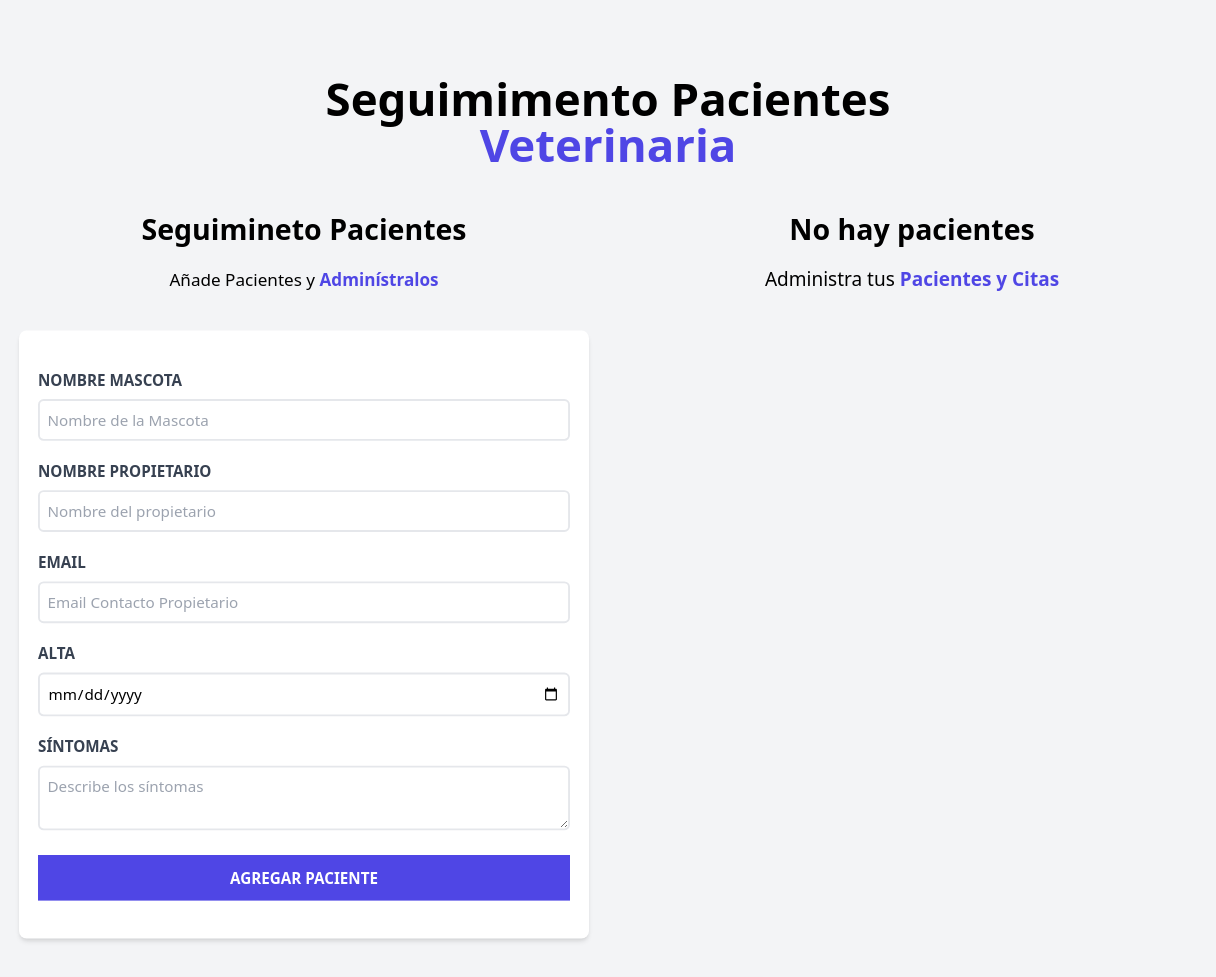
Repository: rlaureano/citas_react
Page: /
The author's editor kept a copy of each file at every save. The page is drawn from the files as they stood at one save, then again after the next save.
The browser window is 1280 px wide. The pictures show the whole page, at 95% of full size.
The project was rebuilt for these pictures with package versions that can differ from the ones it lists, and the page was loaded fresh each time. Also part of the build but not shown: vite.config.js, src/components/Error.jsx, src/components/Paciente.jsx.

Above is the page before, as saved 2022-01-14 21:45:16.

After the next save:
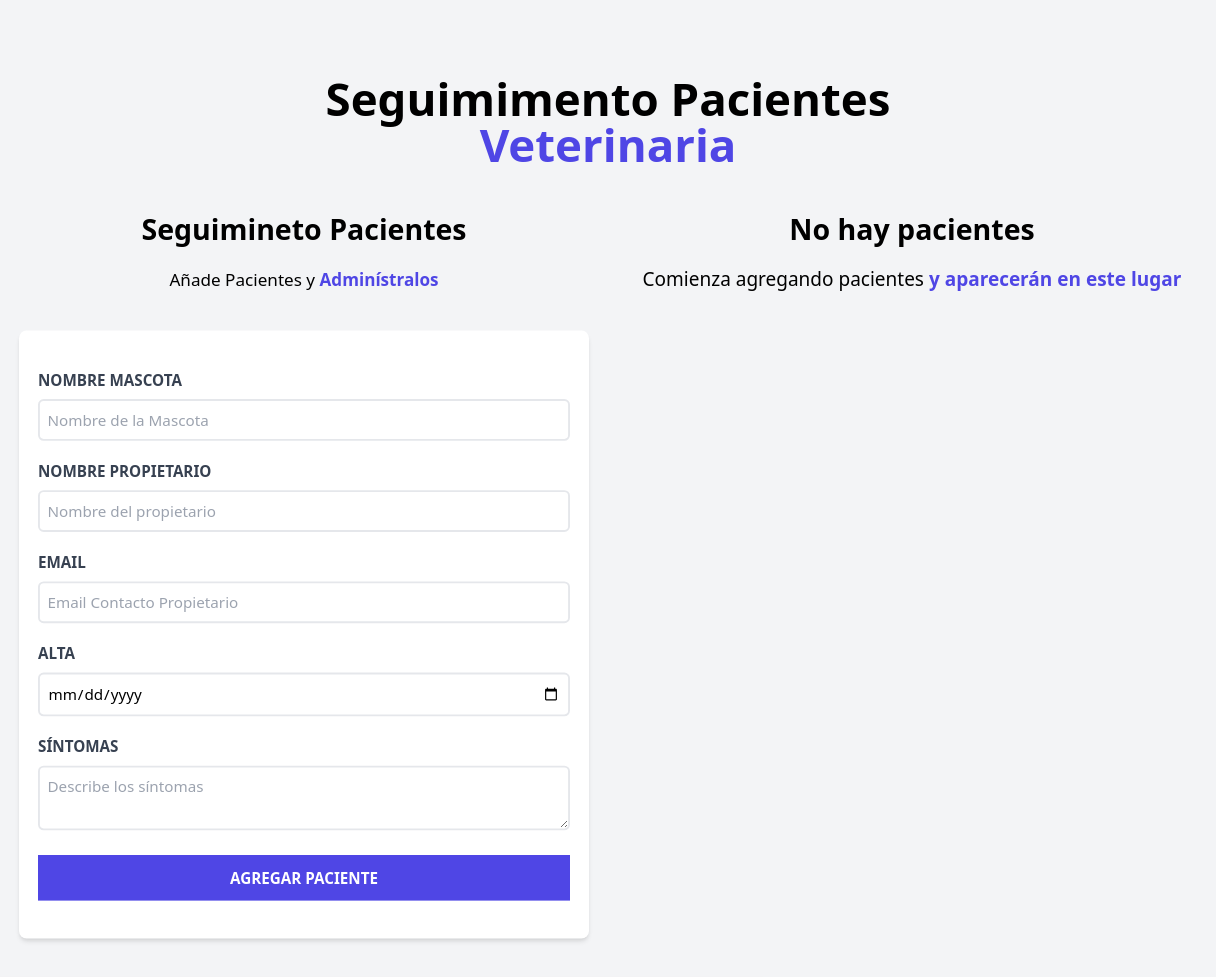
Saved 3 min 24 s later.
--- a/src/components/ListadoPacientes.jsx
+++ b/src/components/ListadoPacientes.jsx
@@ -8,18 +8,28 @@ const ListadoPacientes = ( { pacientes }) => {
 
   return (
     <div className="md:w-1/2 ld:w-3/5 md:h-screen overflow-y-scroll">
-      <h2 className="font-black text-3xl text-center">
 
-        { pacientes && pacientes.length ? "Listado pacientes" : "No hay pacientes" }
+      { pacientes && pacientes.length ? (
+        <>
+          <h2 className="font-black text-3xl text-center">Listado pacientes</h2>
+          <p className="text-xl mt-5 mb-10 text-center">
+            Administra tus {''}
+            <span className="text-indigo-600 font-bold">Pacientes y Citas</span>
+          </p>
 
-      </h2>
+          { pacientes.map( paciente => <Paciente paciente = { paciente } key = { paciente.id }/> ) }
+        </>
+      ) : (
+        <>
+          <h2 className="font-black text-3xl text-center">No hay pacientes</h2>
+          <p className="text-xl mt-5 mb-10 text-center">
+            Comienza agregando pacientes {''}
+            <span className="text-indigo-600 font-bold">y aparecerán en este lugar</span>
+          </p>
+        </>
+      ) }
 
-      <p className="text-xl mt-5 mb-10 text-center">
-        Administra tus {''}
-        <span className="text-indigo-600 font-bold">Pacientes y Citas</span>
-      </p>
 
-      { pacientes.map( paciente => <Paciente paciente = { paciente } key = { paciente.id }/> ) }
 
     </div>
   )
